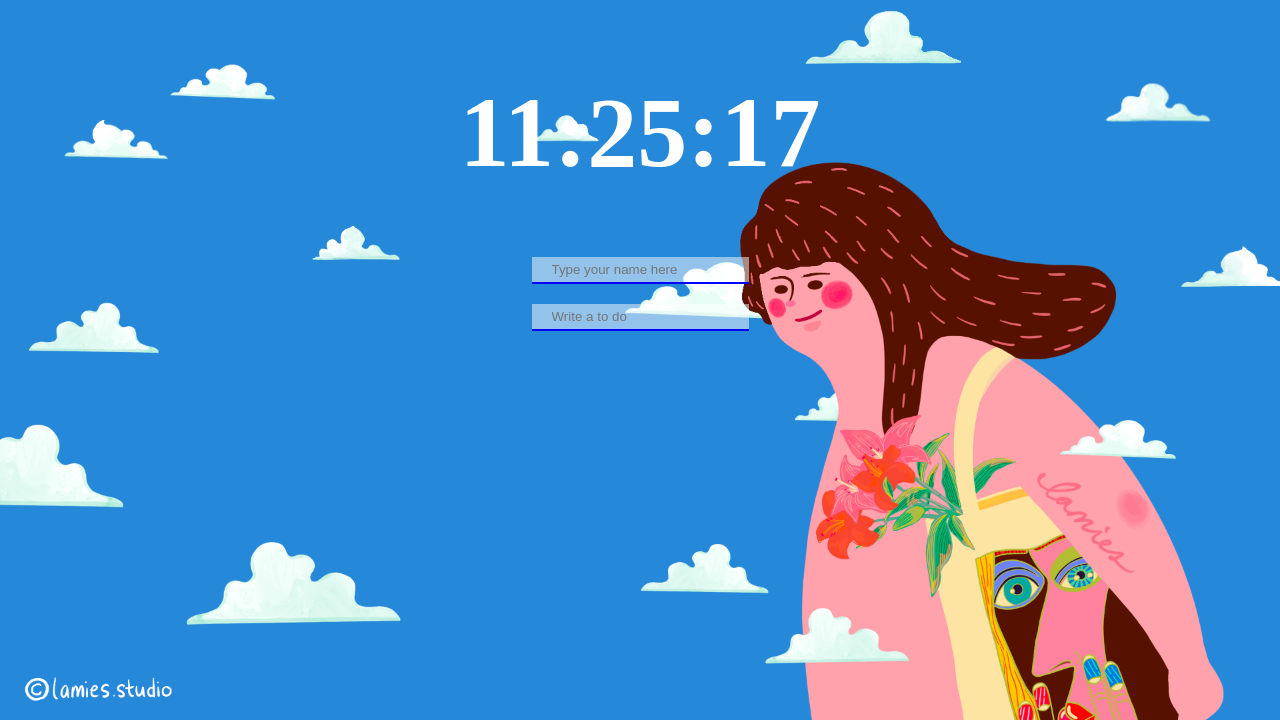
Repository: haleyjung/chrome_app
Page: index.html
These files come from the project's save history. The page is drawn as it stood at one moment and after a run of saves; the edit follows.
The browser window is 1280 px wide. The pictures show the whole page.
Some web fonts or font styles are not loaded; a fallback is used.

Above is the page before, as saved 2020-11-23 15:27:18.

### index.html
<!DOCTYPE html>
<html lang="en">
<head>
    <meta charset="UTF-8" />
    <meta name="viewport" content="width=device-width, initial-scale=1.0">
    <title>Chrome App</title>
    <link rel="stylesheet" href="index.css">
</head>
<body>

    <div class="js-clock">
        <h1>00:00</h1>
    </div>

    <div class="js-name name"></div>

    <div>
        <form class="js-form form">
            <input type="text" placeholder="What is your name?" />
        </form>
    </div>

    <h4 class="js-greetings greetings"></h4>

    <form class="js-toDoForm">
        <input type="text" placeholder="Write a to do" />
    </form>
    <ul class="js-toDoList">
    </ul>
    <span class="js-weather"></span>

    <script src="js/clock.js"></script>
    <script src="js/greeting.js"></script>
    <script src="js/todo.js"></script>
    <script src="js/bg.js"></script>
    <script src="js/weather.js"></script>
</body>

### index.css
@import url("https://fonts.googleapis.com/css2?family=Nerko+One&display=swap");

body {
  background-color: palevioletred;
  color: white;
  display: flex;
  flex-direction: column;
  justify-content: center;
  align-items: center;
  font-family: "Nerko One", cursive;
}

.js-clock {
  display: flex;
  justify-content: center;
  align-items: center;
  font-size: 50px;
}

.js-form,
.js-toDoForm {
  background-color: none;
}

.btn {
  cursor: pointer;
}

input {
  border: none;
  outline: none;
  border-bottom: 2px solid blue;
  margin-bottom: 20px;
  background-color: rgba(255, 255, 255, 0.5);
  padding: 5px 20px;
}

.form,
.greetings {
  display: none;
}

.showing {
  display: block;
}

@keyframes fadeIn {
  from {
    opacity: 0;
  }
  to {
    opacity: 1;
  }
}

.bgImage {
  position: absolute;
  top: 0;
  left: 0;
  width: 100%;
  height: 100%;
  z-index: -1;
  animation: fadeIn 0.5s linear;
}

### js/clock.js
const clockContainer = document.querySelector(".js-clock"),
    clockTitle = clockContainer.querySelector("h1");

function getTime() {
    const date = new Date();
    const minutes = date.getMinutes();
    const hours = date.getHours();
    const seconds = date.getSeconds();
    clockTitle.innerText = `${hours < 10 ? `0${hours}` : hours}:${
        minutes < 10 ? `0${minutes}` : minutes
    }:${seconds < 10 ? `0${seconds}` : seconds}`;
}

function init() {
    getTime();
    setInterval(getTime, 1000);
}

init();

### js/greeting.js
const nameContainer = document.querySelector(".js-name");

function paintName(name) {
    nameContainer.innerHTML = "";
    const title = document.createElement("span");
    title.className = "name__text";
    title.innerHTML = `Hello ${name}`;
    nameContainer.appendChild(title);
}

function handleSubmit(event) {
    event.preventDefault();
    const form = event.target;
    const input = form.querySelector("input");
    const value = input.value;
    localStorage.setItem("username", value);
    paintName(value);
}

function paintInput() {
    const input = document.createElement("input");
  input.placeholder = "Type your name here";
  input.type = "text";
  input.className = "name__input";
  const form = document.createElement("form");
  form.addEventListener("submit", handleSubmit);
  form.appendChild(input);
  nameContainer.appendChild(form);
}

function loadName(){
    const name = localStorage.getItem("username");
  if (name === null) {
    paintInput();
  } else {
    paintName(name);
  }
}

function init() {
    loadName();
}

init();

### js/todo.js
const toDoForm = document.querySelector(".js-toDoForm"),
    toDoInput = toDoForm.querySelector("input"),
    toDoList = document.querySelector(".js-toDoList");

const TODOS_LS = 'toDos';

let toDos = [];

function deleteToDo(event){
    const btn = event.target;
    const li = btn.parentNode;
    toDoList.removeChild(li);
    const cleanToDos = toDos.filter(function(toDo){
        return toDo.id !== parseInt(li.id);
    });
    toDos = cleanToDos
    saveToDos();
}

function saveToDos(){
    localStorage.setItem(TODOS_LS, JSON.stringify(toDos));
}

function paintToDo(text){
    const li = document.createElement("li");
    const delBtn = document.createElement("button");
    const span = document.createElement("span");
    const newId = toDos.length + 1;
    delBtn.innerText = "❌";
    delBtn.addEventListener("click", deleteToDo);
    span.innerText = text;
    li.appendChild(delBtn);
    li.appendChild(span);
    li.id = newId;
    toDoList.appendChild(li);
    const toDoObj = {
        text: text,
        id: newId
    };
    toDos.push(toDoObj);
    saveToDos();
}

function handleSubmit(event){
    event.preventDefault();
    const currentValue = toDoInput.value;
    paintToDo(currentValue);
    toDoInput.value = "";
}

function loadToDos() {
    const loadedToDos = localStorage.getItem(TODOS_LS);
    if(loadedToDos !== null){
        const parsedToDos = JSON.parse(loadedToDos);
        parsedToDos.forEach(function(toDo){
            paintToDo(toDo.text);
        });
    }
}

function init() {
    loadToDos();
    toDoForm.addEventListener("submit", handleSubmit)
}

init();

### js/bg.js
const body = document.querySelector("body");

const IMG_NUMBER = 4;

// If loading images from API, include the functions in these comments:
// function handleImgLoad(){
//     console.log('finished loading');
// }

function paintImage(imgNumber){
    const image = new Image();
    image.src = `/img/lamiesstudio-${imgNumber + 1}.png`;
    image.classList.add('bgImage');
    body.prepend(image);
    // image.addEventListener("loadend", handleImgLoad);
}

function genRandom(){
    const number = Math.floor(Math.random() * IMG_NUMBER);
    return number;
}

function init(){
    const randomNumber = genRandom();
    paintImage(randomNumber)
}

init();

### js/weather.js
const weather = document.querySelector(".js-weather");

const API_KEY = "1706261ffc689a5d0ffe73f0d2f8a925";
const COORDS = "coords";

function getWeather(lat, lng){
    fetch(`https://api.openweathermap.org/data/2.5/weather?lat=${lat}&lon=${lng}&appid=${API_KEY}&units=metric`
    ).then(function(response){
        return response.json();
    })
        .then(function(json){
        const temperature = json.main.temp;
        const place = json.name;
        weather.innerText = `${temperature} @ ${place}`;
    });
}

function saveCoords(coordsObj){
    localStorage.setItem(COORDS, JSON.stringify(coordsObj));
}

function handleGeoSuccess(position){
    const latitude = position.coords.latitude;
    const longitude = position.coords.longitude;
    const coordsObj = {
        latitude,
        longitude
    };
    saveCoords(coordsObj);
    getWeather(latitude, longitude);
}

function handleGeoError(){
    console.log('Cant access geo location');
}

function askForCoords(){
    navigator.geolocation.getCurrentPosition(handleGeoSuccess, handleGeoError);
}

function loadCoords(){
    const loadedCoords = localStorage.getItem(COORDS);
    if(loadedCoords === null){
        askForCoords();
    } else {
        const parsedCoords = JSON.parse(loadedCoords);
        getWeather(parsedCoords.latitude, parsedCoords.longitude);
    }
}

function init(){
    loadCoords();
}

init();

After the next 2 saves:
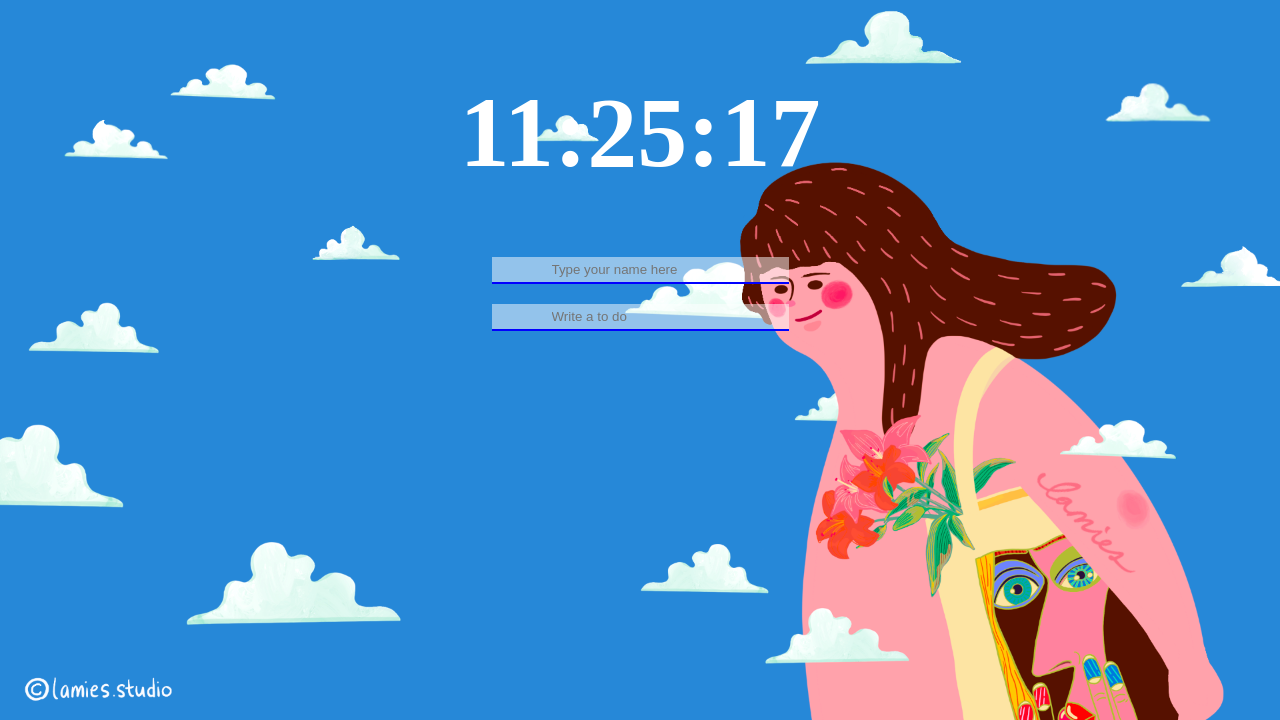
The 2 saves are shown as one change because they came seconds apart.
The last was saved 8 s later.
--- a/index.css
+++ b/index.css
@@ -32,7 +32,7 @@ input {
   border-bottom: 2px solid blue;
   margin-bottom: 20px;
   background-color: rgba(255, 255, 255, 0.5);
-  padding: 5px 20px;
+  padding: 5px 60px;
 }
 
 .form,
